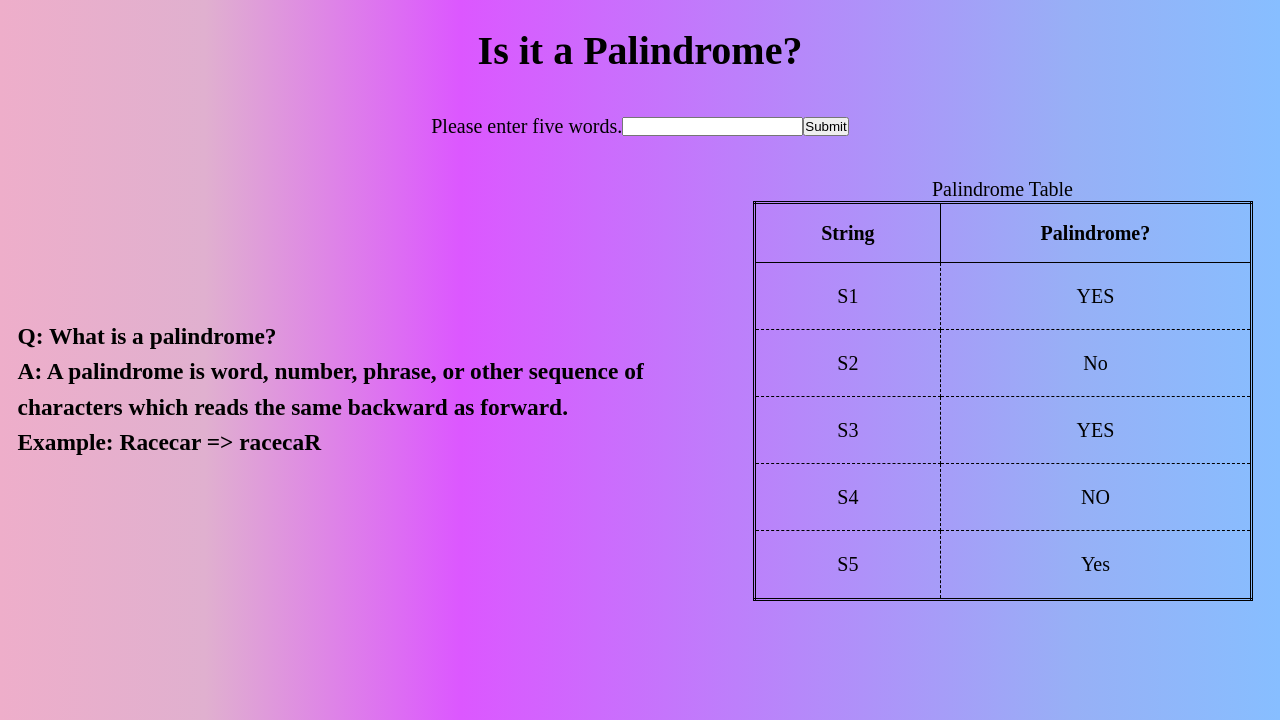
Repository: mlmEFSC21/P18-Palindrome-Table
Page: palindrome.html
An editor plug-in stored every save of this project. The page is shown before and after the next save, followed by the edit.
The browser window is 1280 px wide. The pictures show the whole page.

Above is the page before, as saved 2022-04-03 18:27:47.

After the next save:
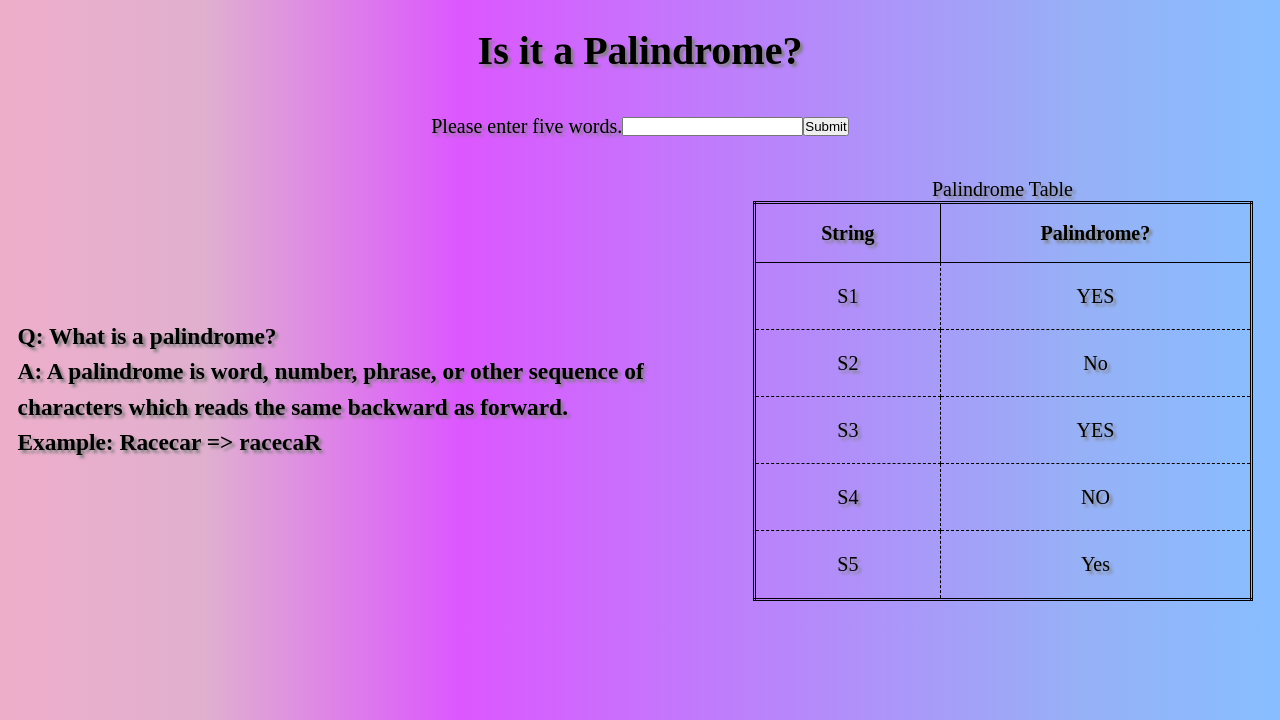
Saved 55 s later.
--- a/palindrome.css
+++ b/palindrome.css
@@ -6,6 +6,7 @@
     padding: 0;
 }
 body {
+    text-shadow: 3px 3px 3px gray;
     font-size: 1.25rem;
     background: rgb(238, 174, 202);
     background: linear-gradient(
